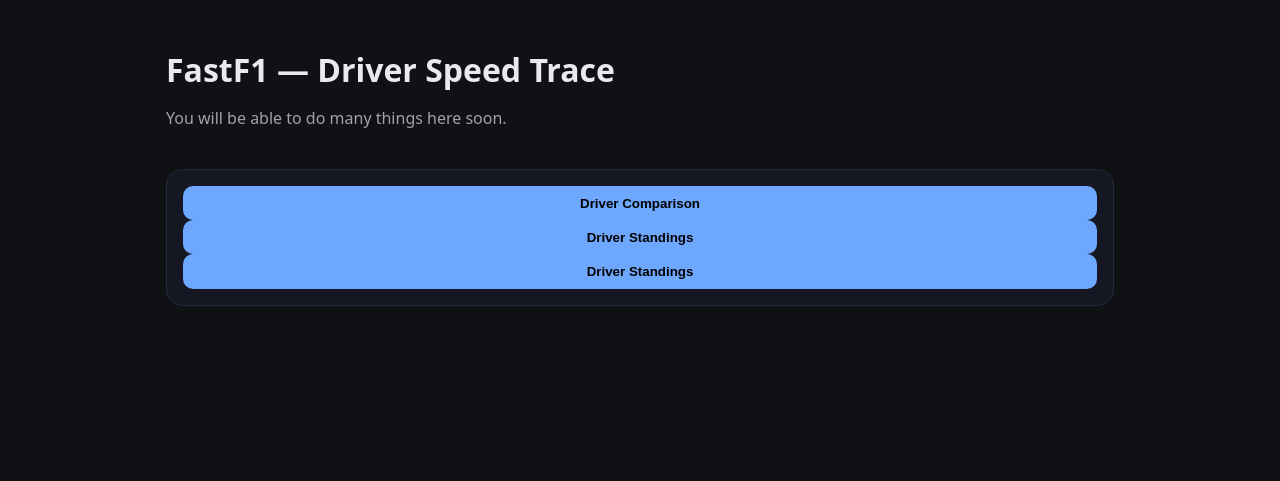
Repository: gqnsptaa/fastf1_web_preview
Page: http://localhost/menu
An editor plug-in stored every save of this project. The page is shown before and after a run of saves, followed by the edit.
The browser window is 1280 px wide. The pictures show the whole page.
The page is served by the project's application, run on Flask 3 (app.py).

Above is the page before, as saved 2025-09-22 16:41:52.

### templates/menu.html
<!DOCTYPE html>
<html lang="en">
  <head>
    <meta charset="utf-8" />
    <meta name="viewport" content="width=device-width, initial-scale=1" />
    <title>FastF1 — Driver Speed Trace</title>
    <link
      rel="stylesheet"
      href="{{ url_for('static', filename='styles.css') }}"
    />
  </head>
  <body>
    <div class="wrap">
      <header>
        <h1>FastF1 — Driver Speed Trace</h1>
        <p class="muted">You will be able to do many things here soon.</p>
      </header>
      <div class="card">
        <div class="full">
          <button type="submit">Driver Comparison</button>
          <button type="submit">Driver Standings</button>
          <button type="submit">Driver Standings</button>
        </div>
      </div>
    </div>
  </body>
</html>

### app.py
from pathlib import Path
import time
from flask import Flask, render_template, request, redirect, url_for, flash
import matplotlib
matplotlib.use("Agg")   # headless backend for servers
import matplotlib.pyplot as plt
import matplotlib.pyplot as plt
import fastf1
import fastf1.plotting as f1plt

app = Flask(__name__)
app.secret_key = "dev"

BASE_DIR = Path(__file__).parent.resolve()
CACHE_DIR = BASE_DIR / ".fastf1"
CACHE_DIR.mkdir(parents=True, exist_ok=True)
fastf1.Cache.enable_cache(str(CACHE_DIR))

@app.get("/healthz")
def healthz():
    return "ok"

@app.get("/")
def index():
    return render_template("index.html")

@app.get("/menu")
def menu():
    return render_template("menu.html")

@app.route("/result", methods=["GET"])
def result():
    p = BASE_DIR / "static" / "plot.png"
    if p.exists():
        plot_url = url_for("static", filename="plot.png", v=int(time.time()))
    return render_template("result.html", plot_url=plot_url)


@app.post("/plot")
def plot():
    year = int(request.form.get("year", "2025"))
    event = request.form.get("event", "...")
    session_code = request.form.get("session", "Q")
    drv1 = (request.form.get("driver1", "") or "").upper().strip()
    drv2 = (request.form.get("driver2", "") or "").upper().strip()

    sess = fastf1.get_session(year, int(event) if event.isdigit() else event, session_code)
    sess.load(laps=True, telemetry=True)

    f1plt.setup_mpl()
    fig, ax = plt.subplots(figsize=(10, 5), dpi=150)

    plotted = False
    if drv1:
        lap1 = sess.laps.pick_driver(drv1).pick_fastest()
        tel1 = lap1.get_telemetry()
        ax.plot(tel1["Distance"], tel1["Speed"], label=f"{drv1} fastest")
        plotted = True
    if drv2:
        lap2 = sess.laps.pick_driver(drv2).pick_fastest()
        tel2 = lap2.get_telemetry()
        ax.plot(tel2["Distance"], tel2["Speed"], label=f"{drv2} fastest")
        plotted = True
    if not plotted:
        lap = sess.laps.pick_fastest()
        tel = lap.get_telemetry()
        ax.plot(tel["Distance"], tel["Speed"], label=f"{lap['Driver']} (overall fastest)")

    ax.set_xlabel("Distance [m]"); ax.set_ylabel("Speed [km/h]")
    ax.set_title(f"{sess.event['EventName']} {sess.event.year} — {sess.name}")
    ax.grid(True); ax.legend(); fig.tight_layout()

    out = BASE_DIR / "static" / "plot.png"
    fig.savefig(out, bbox_inches="tight")
    plt.close(fig)

    flash("Plot generated", "success")
    return redirect(url_for("result"))

if __name__ == "__main__":
    app.run(debug=True)  # browse to http://127.0.0.1:5000/

### static/styles.css
:root {
  --bg:#0f1115; --card:#151822; --text:#e9e9f0;
  --muted:#a1a1ad; --accent:#6ea8fe; --border:#242839;
}
* { box-sizing: border-box; }
body {
  margin: 0;
  font-family: system-ui, -apple-system, Segoe UI, Roboto, Helvetica, Arial;
  background: var(--bg);
  color: var(--text);
}
.wrap { max-width: 980px; margin: 24px auto 48px; padding: 0 16px; }
header { padding: 24px 0 8px; }
h1 { margin: 0 0 6px; }
.muted { color: var(--muted); }

.card {
  background: var(--card);
  border: 1px solid var(--border);
  border-radius: 16px;
  padding: 16px;
  margin-top: 16px;
}

label { display: block; margin: .25rem 0 .35rem; }
input, select, button {
  width: 100%;
  padding: .6rem .7rem;
  border: 1px solid var(--border);
  border-radius: 10px;
  background: #0f1115;
  color: var(--text);
}
form { display: grid; grid-template-columns: repeat(2, minmax(0,1fr)); gap: 12px; }
form .full { grid-column: 1 / -1; }

button {
  background: var(--accent);
  border: none;
  color: #000;
  font-weight: 600;
  cursor: pointer;
}

.img {
  display: grid;
  place-items: center;
  padding: 12px;
  border: 1px dashed var(--border);
  border-radius: 12px;
  min-height: 220px;
}
img { max-width: 100%; height: auto; border-radius: 10px; display: block; }

.flash { padding: .6rem .8rem; border-radius: 10px; margin: .35rem 0; font-size: .95rem; }
.success { background: #0f2f19; border: 1px solid #1d5e35; }
.error   { background: #2f1010; border: 1px solid #5e1d1d; }
.info    { background: #0f2132; border: 1px solid #1d3d5e; }

After the next 4 saves:
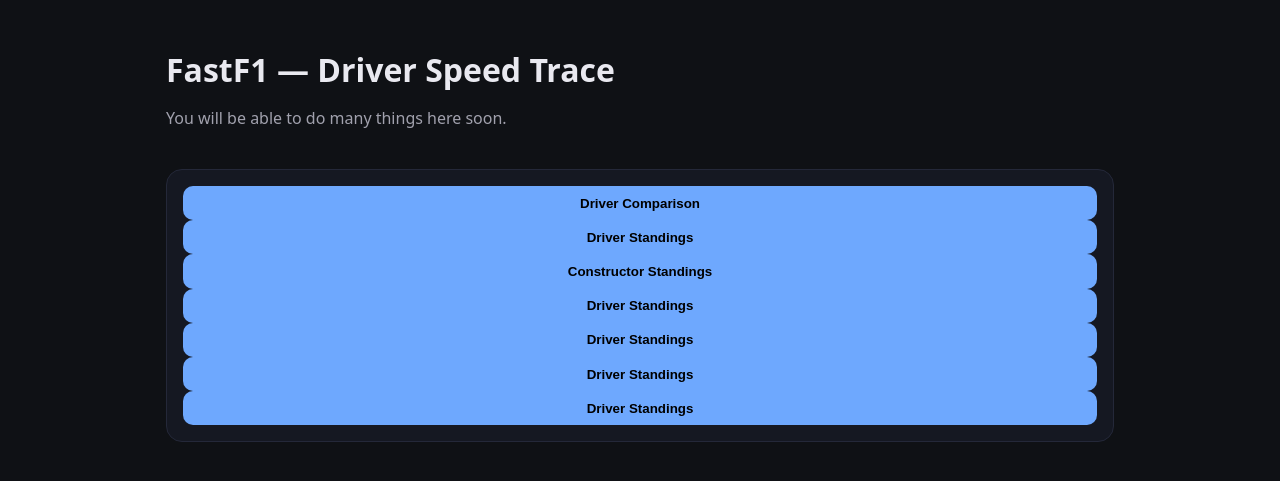
The 4 saves are shown as one change because they came seconds apart.
The last was saved 10 s later.
--- a/templates/menu.html
+++ b/templates/menu.html
@@ -19,6 +19,10 @@
         <div class="full">
           <button type="submit">Driver Comparison</button>
           <button type="submit">Driver Standings</button>
+          <button type="submit">Constructor Standings</button>
+          <button type="submit">Driver Standings</button>
+          <button type="submit">Driver Standings</button>
+          <button type="submit">Driver Standings</button>
           <button type="submit">Driver Standings</button>
         </div>
       </div>
